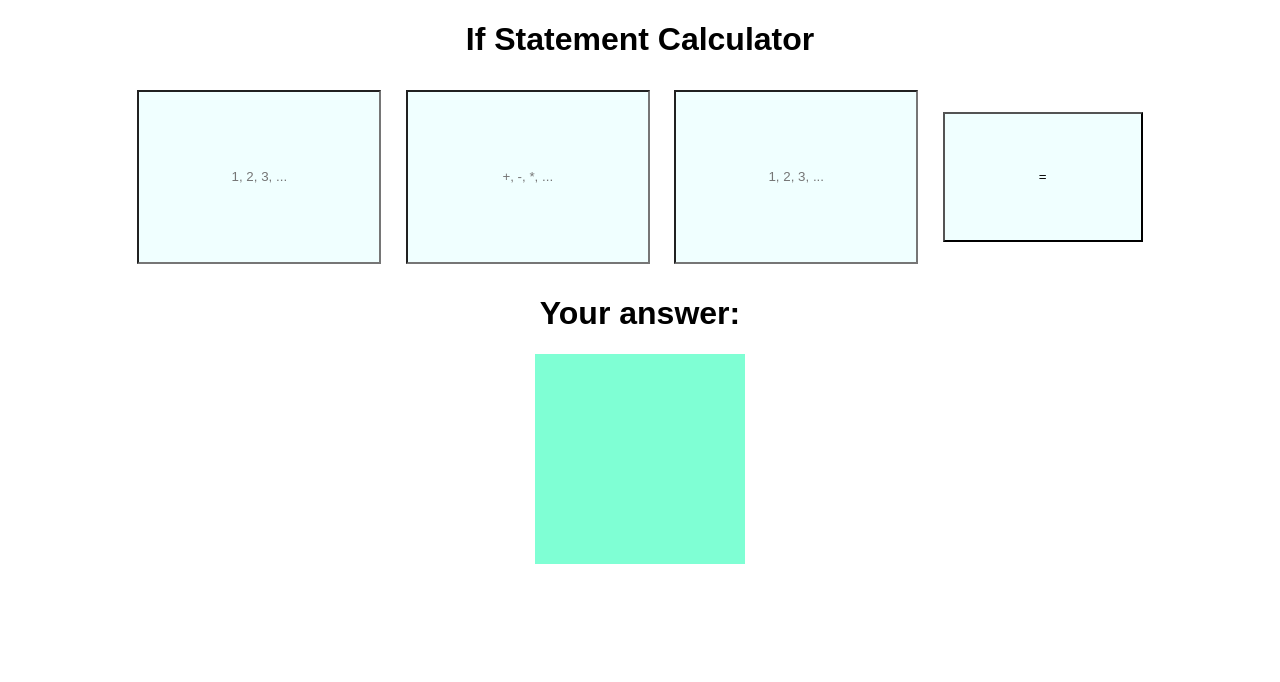
Repository: WesleyErasmus/threeInputCalculator
Page: html/if-calculator.html
These files come from the project's save history. The page is drawn as it stood at one moment and after the next save; the edit follows.
The browser window is 1280 px wide. The pictures show the whole page.

Above is the page before, as saved 2022-04-27 22:16:02.

### html/if-calculator.html
<!DOCTYPE html>
<html lang="en">
<head>
    <meta charset="UTF-8">
    <meta http-equiv="X-UA-Compatible" content="IE=edge">
    <meta name="viewport" content="width=device-width, initial-scale=1.0">
    <title>JS If Calculator</title>
    <link rel="stylesheet" href="/css/stylesheet.css">
    <script src="/js/if-calculator.js"></script>

</head>
<body>

<center>
    <form onsubmit="return false;">
        <h1>If Statement Calculator</h1>
        <!-- <div class="inputField"> -->
        <!-- <label for="input1">Enter a number</label> -->
         <input id="input1" type="text" name = "input1" placeholder="1, 2, 3, ..."> <!-- input-1 -->
        </div>
        <!-- <div class="inputField"> -->
         <!-- <label for="input3">Enter operator</label> -->
         <input id="input3" type="text" name = "input3" placeholder="+, -, *, ..."> <!-- input-3 (operator) -->
        </div>
        <!-- <div class="inputField"> -->
         <!-- <label for="input2">Enter a number </label> -->
         <input id="input2" type="text" name = "input2" placeholder="1, 2, 3, ..."> <!-- input-2 -->
        </div>
         <button onclick="sum()">=</button>
         <h1>Your answer:</h1>
         <p id="output"></p>
    </form>
</center>
</body>
</html>

### css/stylesheet.css
body {
font-family: sans-serif;
font-size: 12pt;
}
form {
display: block;
margin: 0 auto;
}
input {
    background-color: azure;
    width: 200px;
    height: 130px;
    padding: 20px;
    margin: 10px;
    text-align: center
}
button {
    background-color: azure;
    width: 200px;
    height: 130px;
    padding: 0;
    margin: 10px;
}
p {
    width: 210px;
    height: 210px;
    background-color: aquamarine;
}

### js/if-calculator.js
function sum() {
const num1 = document.getElementById("input1").value;
const num2 = document.getElementById("input2").value;
const operator = document.getElementById("input3").value;
const output = document.getElementById("output").value;
  let answer;
  document.getElementById("output").value;
  if (operator == '+') {
    answer = +num1 + +num2;
    document.getElementById("output").innerHTML = answer;
  } else if (operator == '-') {
    answer = num1 - num2;
    document.getElementById("output").innerHTML = answer;
  } else if (operator == '*') {
    answer = num1 * num2;
    document.getElementById("output").innerHTML = answer;
  } else {
    answer = num1 / num2;
    document.getElementById("output").innerHTML = answer;
  }console.log(answer);
}

After the next save:
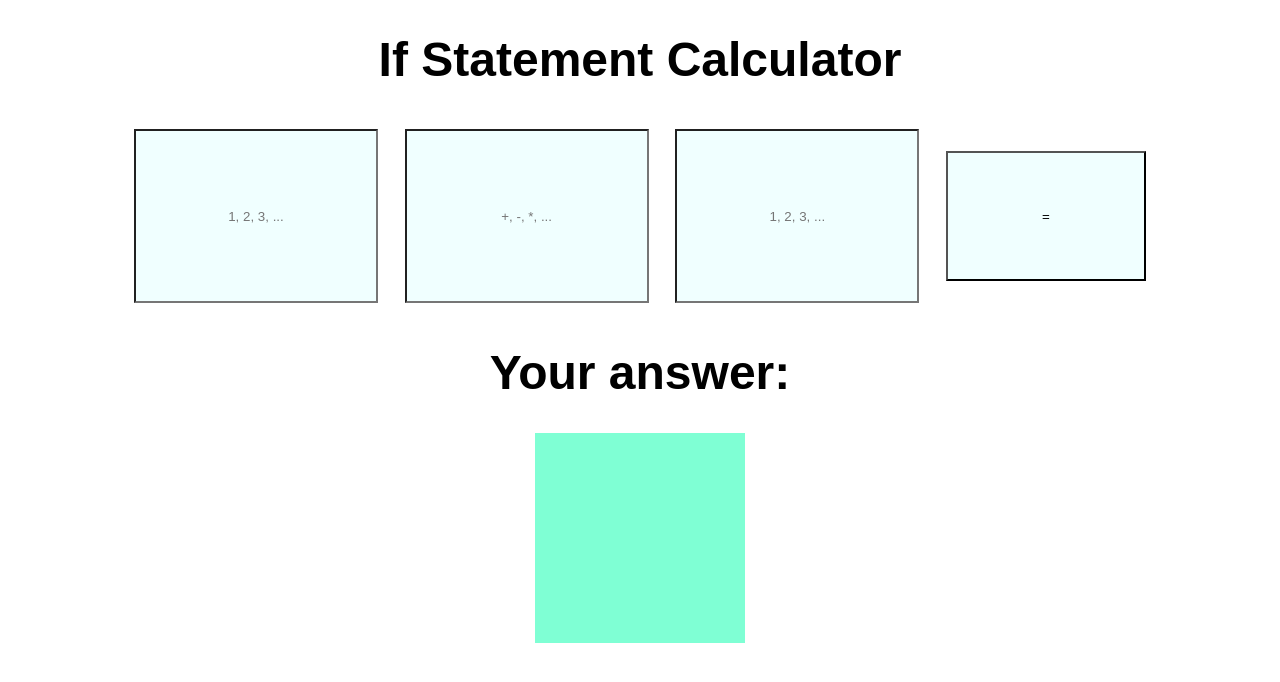
Saved 9 s later.
--- a/css/stylesheet.css
+++ b/css/stylesheet.css
@@ -1,6 +1,6 @@
 body {
 font-family: sans-serif;
-font-size: 12pt;
+font-size: 18pt;
 }
 form {
 display: block;

After the save that followed:
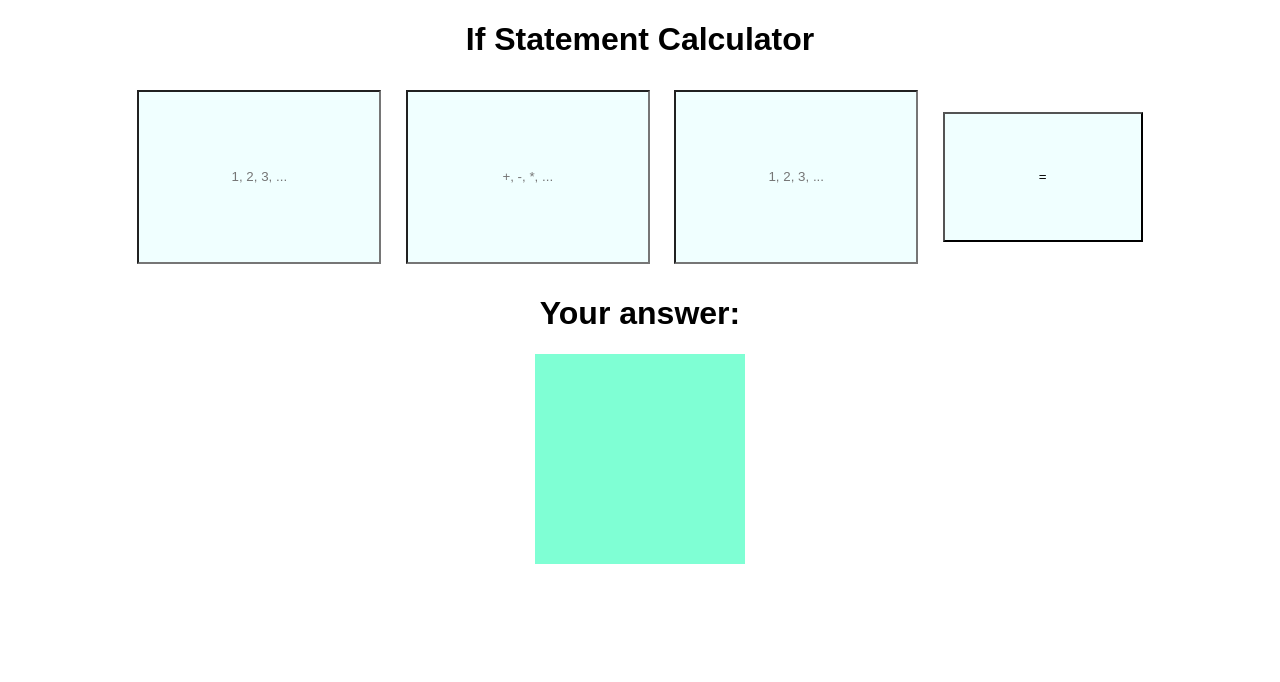
Saved 11 s later.
--- a/css/stylesheet.css
+++ b/css/stylesheet.css
@@ -1,6 +1,6 @@
 body {
 font-family: sans-serif;
-font-size: 18pt;
+font-size: 12pt;
 }
 form {
 display: block;
